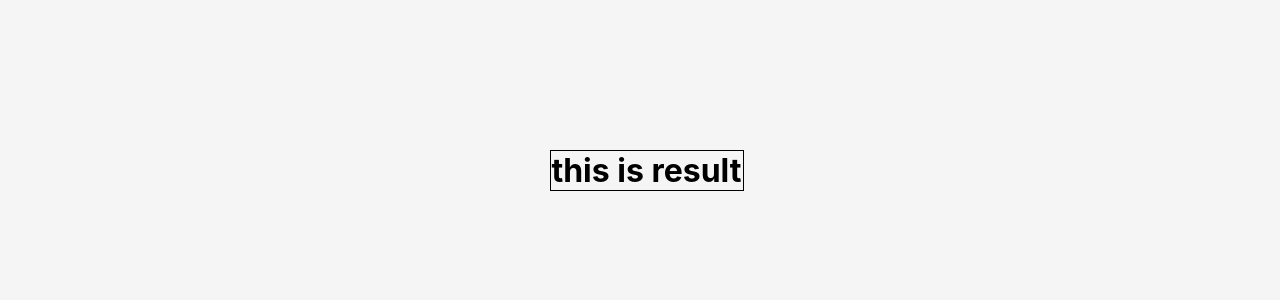
Repository: ehabmelhem/React-Redux--todoapp
Page: /result (app in todoapp/)
These files come from the project's save history. The page is drawn as it stood at one moment and after the next save; the edit follows.
The browser window is 1280 px wide. The pictures show the whole page.
The project was rebuilt for these pictures with package versions that can differ from the ones it lists, and the page was loaded fresh each time. Also part of the build but not shown: todoapp/src/Compents/Todo.css, todoapp/src/Compents/Todo.js.

Above is the page before, as saved 2021-01-30 19:07:13.

### todoapp/src/index.js
import React from "react";
import ReactDOM from "react-dom";
import "./index.css";
import App from "./App";
import reportWebVitals from "./reportWebVitals";
import { Provider } from "react-redux";
import store from "./redux/store";
ReactDOM.render(
  <React.StrictMode>
    <Provider store={store}>
      <App />
    </Provider>
  </React.StrictMode>,
  document.getElementById("root")
);

// If you want to start measuring performance in your app, pass a function
// to log results (for example: reportWebVitals(console.log))
// or send to an analytics endpoint. Learn more: https://bit.ly/CRA-vitals
reportWebVitals();

### todoapp/src/App.js
import { useState } from "react";
import "./App.css";
import Result from "./Compents/Result";
import IconButton from "@material-ui/core/IconButton";
import AddIcon from "@material-ui/icons/Add";
import { useSelector, useDispatch } from "react-redux";
import { addTodo } from "./redux/action";
import { BrowserRouter as Router, Switch, Route, Link } from "react-router-dom";
function App() {
  const [input, setInput] = useState("");
  const [id, setId] = useState(0);
  const dispatch = useDispatch();
  const todos = useSelector((state) => state.todos.todos);
  const clickhandler = (e) => {
    e.preventDefault();
    dispatch(addTodo(input, id));
    setId(id + 1);
    setInput("");
  };
  return (
    <Router>
      <div className="app">
        <div className="container">
          <Switch>
            <Route path="/result">
              <Result />
            </Route>
            <Route path="/">
              <form className="flex">
                <input
                  value={input}
                  onChange={(e) => {
                    setInput(e.target.value);
                  }}
                  autoFocus
                  placeholder="todoapp..."
                  type="text"
                />
                <IconButton
                  disabled={!input}
                  onClick={clickhandler}
                  type="submit"
                  className={input ? "addbtn" : "st"}
                >
                  <AddIcon />
                </IconButton>
              </form>
              <Link to="/result">
                <button
                  disabled={!todos[0]}
                  className={todos[0] ? "btn" : "stam"}
                >
                  Go to result
                </button>
              </Link>
            </Route>
          </Switch>
        </div>
      </div>
    </Router>
  );
}

export default App;

### todoapp/src/App.css
.addbtn {
  color: lightcoral !important;
}
body {
  background-color: whitesmoke;
}
.container {
  margin-left: 43vw;
  margin-top: 150px;
  width: fit-content;
}
.flex {
  width: fit-content;
  border: 1px solid lightcoral;
  display: flex;
  align-items: center;
  border-radius: 999px;
}
.flex > input {
  margin-left: 10px;
  padding: 7px;
  border: none;
  outline: none;
  background-color: whitesmoke;
}
.btn {
  margin-top: 10px;
  width: 100%;
  height: 30px;
  color: white;
  background-color: lightcoral;
  border: none;
  outline: none;
  border-radius: 999px;
  cursor: pointer;
  transition: transform 150ms ease-in-out;
}
.btn:hover {
  color: lightcoral;
  background-color: whitesmoke;
  border: 1px solid lightcoral;
}
.btn:active {
  transform: scale(0.75);
}
.stam {
  margin-top: 10px;
  width: 100%;
  height: 30px;
  color: white;
  background-color: lightgray;
  border: none;
  outline: none;
  border-radius: 999px;
}

### todoapp/src/Compents/Result.js
import React from "react";
import "./Result.css";
import { useSelector } from "react-redux";
import Todo from "./Todo";
function Result() {
  const todos = useSelector((state) => state.todos.todos);
  return (
    <div className="result">
      <h1>this is result</h1>
      {todos.map((elm) => (
        <h3>
          <Todo text={elm.content} />
        </h3>
      ))}
    </div>
  );
}

export default Result;

### todoapp/src/redux/action.js
import { ADD_TODO } from "./ActionTypes";

export const addTodo = (content, id) => ({
  type: ADD_TODO,
  payload: {
    content,
    id,
  },
});

### todoapp/src/redux/reducers/index.js
import { combineReducers } from "redux";
import todos from "./todo";
export default combineReducers({ todos });

### todoapp/src/Compents/Result.css
.result {
  width: 100%;
  border: 1px solid black;
}

### todoapp/src/redux/ActionTypes.js
export const ADD_TODO = "ATT_TODO";

### todoapp/src/redux/reducers/todo.js
import { ADD_TODO } from "../ActionTypes";
const initialState = {
  todos: [],
};

const todoReducer = (state = initialState, action) => {
  switch (action.type) {
    case ADD_TODO: {
      const { content, id } = action.payload;
      return {
        ...state,
        todos: [...state.todos, { content, id }],
      };
    }
    default:
      return state;
  }
};

export default todoReducer;

Loaded but not shown: todoapp/public/index.html (common file); todoapp/src/index.css (common file); todoapp/src/reportWebVitals.js (common file); todoapp/src/redux/store.js (common file)

After the next save:
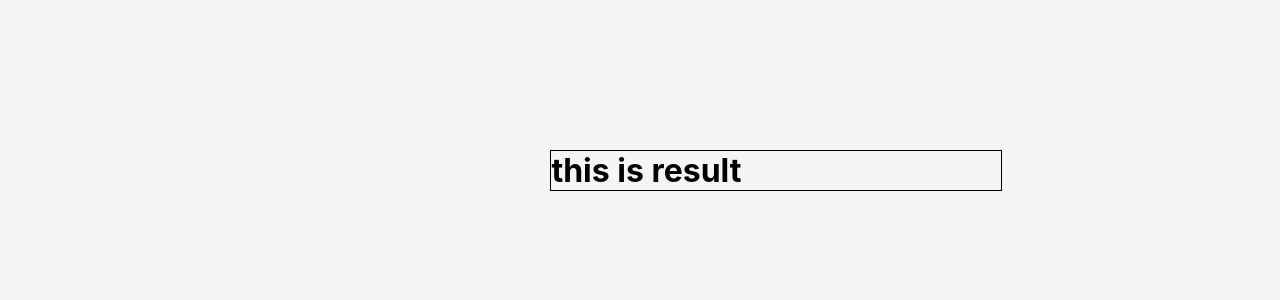
Saved 9 s later.
--- a/todoapp/src/Compents/Result.css
+++ b/todoapp/src/Compents/Result.css
@@ -1,4 +1,4 @@
 .result {
-  width: 100%;
+  width: 450px;
   border: 1px solid black;
 }
